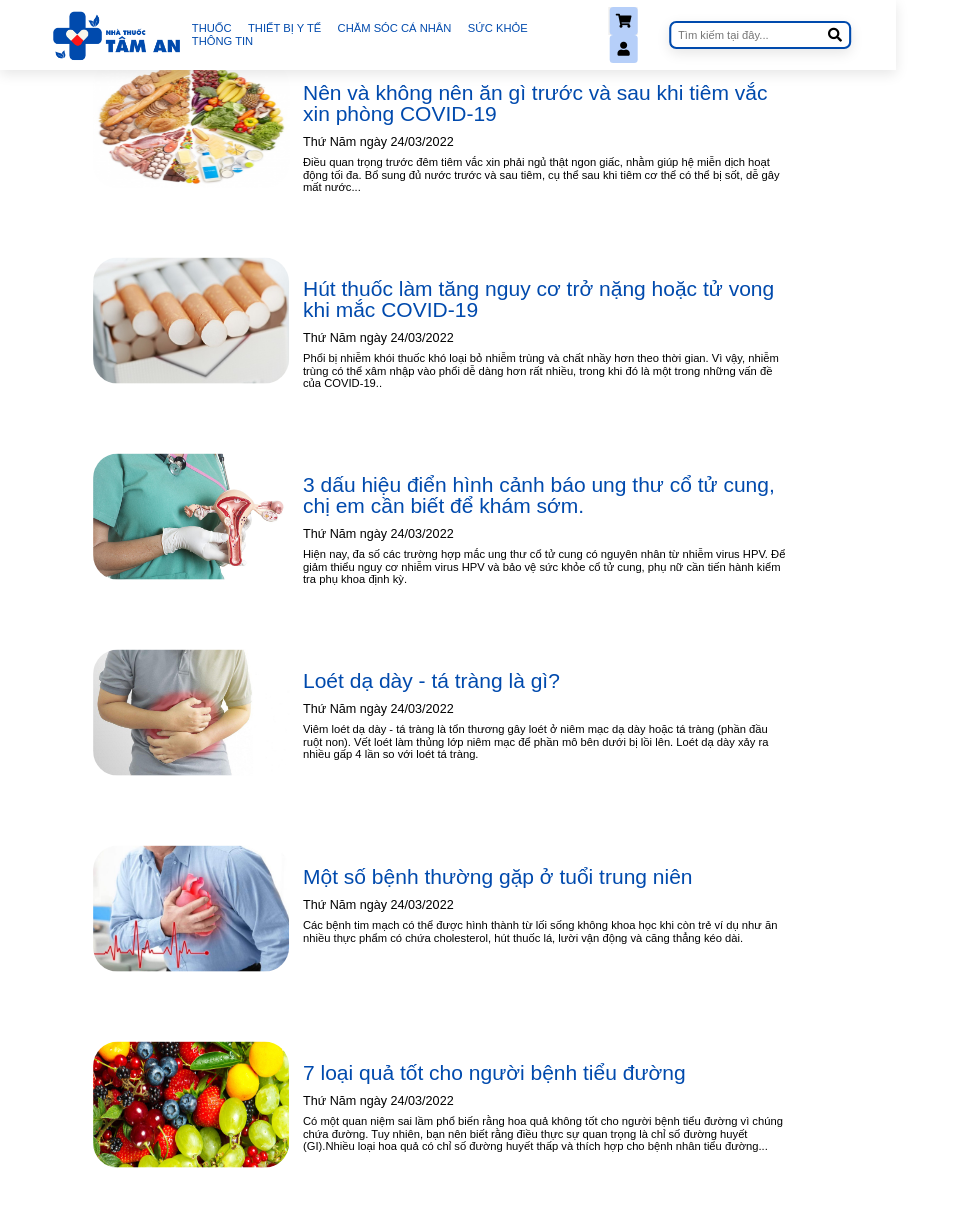
Repository: ViralAIWorks/TamAnPharmacy.github.io
Page: pages/suckhoe.html
The author's editor kept a copy of each file at every save. The page is drawn from the files as they stood at one save, then again after a run of saves.
The browser window is 1280 px wide. The page is 1370 px wide, so the pictures cover 1370 px, including what lies to the right of the window. The pictures show the part of the page from y = 0 to 1760 px (the page is 2534 px tall before and 2724 px after), at 70% of full size.
Pictures or frames that could not be fetched are drawn as grey boxes. Some web fonts or font styles are not loaded; a fallback is used.

Above is the page before, as saved 2022-03-23 18:50:56.
Console error: ReferenceError: Swiper is not defined

### pages/suckhoe.html
<!DOCTYPE html>
<html lang="en">

<head>
    <meta charset="UTF-8">
    <meta http-equiv="X-UA-Compatible" content="IE=edge">
    <meta name="viewport" content="width=device-width, initial-scale=1.0">
    <title>Sức Khỏe</title>
    <link href="images/logo/Tâm An Pharmacy.png" rel="icon" />
    <link href="../style/style_trangchu.css" rel="stylesheet" />
    <link rel="stylesheet" href="https://cdnjs.cloudflare.com/ajax/libs/font-awesome/5.15.4/css/all.min.css" />

    <link rel="stylesheet" href="./suckhoe.css">

</head>

<body>
    <header class="header">
        <a href="../index.html">
            <img src="images/logo/logo2.png" class="logo" alt="tamanlogo" />
        </a>
        <!--tao thanh navbar-->
        <nav class="navbar">
            <a href="../pages/Giohang/cart.html">THUỐC</a>
            <a href="../pages/Giohang/tbyt.html">THIẾT BỊ Y TẾ</a>
            <a href="../pages/chamsoccanhan.html">CHĂM SÓC CÁ NHÂN</a>
            <a href="../pages/suckhoe.html">SỨC KHỎE</a>
            <a href="../pages/thongtin.html">THÔNG TIN</a>
        </nav>
        <!--tao thanh tim kiem, gio hang va nutlogin-->
        <div class="icons">
            <div class="fas fa-search" id="search-btn"></div>
            <button id="cart">
                <div class="fas fa-shopping-cart" id="cart-btn" aria-hidden="true"></div>
            </button>

            <div class="fas fa-user" id="login-btn"></div>
        </div>

        <!--Tao form tim kiem-->
        <form action="" class="search-form">
            <input type="search" id="search-box" placeholder="Tìm kiếm tại đây..." />
            <label for="search-box" class="fas fa-search"></label>
        </form>

        <!--tao form login-->
        <form action="" class="login-form">
            <h3>Đăng nhập</h3>
            <input type="email" placeholder="Email" class="box">
            <br />
            <input type="password" placeholder="Password" class="box">
            <p>Quên mật khẩu? <a href="#">Click vào đây</a></p>
            <p>Chưa có tài khoản? <a href="pages/signupform.html">Đăng ký ngay</a></p>
            <input type="submit" value="Đăng Nhập" class="btn">
        </form>
    </header>
    <div class="ss-chuyende-news">
        <h2>Bài viết</h2>
        <!-- blog-1 -->
        <article class="t-news">
            <div class="blog-img">
                <div>
                    <a href="blog/blog1.HTML">
                        <img src="./blog/1.jpg" alt="Nên và không nên ăn gì trước và sau khi tiêm vắc xin phòng COVID-19" class="loaded">
                    </a>
                </div>
            </div>
            <div class="width-h3">
                <div class="blog-link">
                    <a href="blog/blog1.HTML">
                            Nên và không nên ăn gì trước và sau khi tiêm vắc xin phòng COVID-19
                        </a>
                </div>
                <br>
                <div class="blog-content">
                    <span class="date">Thứ Năm ngày 24/03/2022</span>
                </div>
                <p>Điều quan trọng trước đêm tiêm vắc xin phải ngủ thật ngon giấc, nhằm giúp hệ miễn dịch hoạt động tối đa. Bổ sung đủ nước trước và sau tiêm, cụ thể sau khi tiêm cơ thể có thể bị sốt, dễ gây mất nước... </p>
            </div>
        </article>
        <!-- blog-2 -->
        <article class="t-news">
            <div class="blog-img">
                <div>
                    <a href="blog/blog2.HTML">
                        <img src="./blog/2.jpg" alt="Hút thuốc làm tăng nguy cơ trở nặng hoặc tử vong khi mắc COVID-19" class="loaded">
                    </a>
                </div>
            </div>
            <div class="width-h3">
                <div class="blog-link">
                    <a href="blog/blog2.HTML">
                    Hút thuốc làm tăng nguy cơ trở nặng hoặc tử vong khi mắc COVID-19</a>
                </div>
                <br>
                <div class="blog-content">
                    <span class="date">Thứ Năm ngày 24/03/2022</span>
                </div>
                <p>Phổi bị nhiễm khói thuốc khó loại bỏ nhiễm trùng và chất nhầy hơn theo thời gian. Vì vậy, nhiễm trùng có thể xâm nhập vào phổi dễ dàng hơn rất nhiều, trong khi đó là một trong những vấn đề của COVID-19.. </p>
            </div>
        </article>
        <!-- blog-3 -->
        <article class="t-news">
            <div class="blog-img">
                <div>
                    <a href="blog/blog3.HTML">
                        <img src="./blog/5.jpg" alt="3 dấu hiệu điển hình cảnh báo ung thư cổ tử cung, chị em cần biết để khám sớm." class="loaded">
                    </a>
                </div>
            </div>
            <div class="width-h3">
                <div class="blog-link">
                    <a href="blog/blog3.HTML">
                        3 dấu hiệu điển hình cảnh báo ung thư cổ tử cung, chị em cần biết để khám sớm.</a>
                </div>
                <br>
                <div class="blog-content">
                    <span class="date">Thứ Năm ngày 24/03/2022</span>
                </div>
                <p>Hiện nay, đa số các trường hợp mắc ung thư cổ tử cung có nguyên nhân từ nhiễm virus HPV. Để giảm thiểu nguy cơ nhiễm virus HPV và bảo vệ sức khỏe cổ tử cung, phụ nữ cần tiến hành kiểm tra phụ khoa định kỳ. </p>
            </div>
        </article>
        <!-- blog-4 -->
        <article class="t-news">
            <div class="blog-img">
                <div>
                    <a href="blog/blog4.HTML">
                        <img src="./blog/7.jpg" alt="Loét dạ dày - tá tràng là gì?" class="loaded">
                    </a>
                </div>
            </div>
            <div class="width-h3">
                <div class="blog-link">
                    <a href="blog/blog4.HTML">
                        Loét dạ dày - tá tràng là gì?</a>
                </div>
                <br>
                <div class="blog-content">
                    <span class="date">Thứ Năm ngày 24/03/2022</span>
                </div>
                <p>Viêm loét dạ dày - tá tràng là tổn thương gây loét ở niêm mạc dạ dày hoặc tá tràng (phần đầu ruột non). Vết loét làm thủng lớp niêm mạc để phần mô bên dưới bị lồi lên. Loét dạ dày xảy ra nhiều gấp 4 lần so với loét tá tràng.</p>
            </div>
        </article>
        <!-- blog-5 -->
        <article class="t-news">
            <div class="blog-img">
                <div>
                    <a href="blog/blog5.HTML">
                        <img src="./blog/9.jpg" alt="Một số bệnh thường gặp ở tuổi trung niên" class="loaded">
                    </a>
                </div>
            </div>
            <div class="width-h3">
                <div class="blog-link">
                    <a href="blog/blog5.HTML">
                        Một số bệnh thường gặp ở tuổi trung niên</a>
                </div>
                <br>
                <div class="blog-content">
                    <span class="date">Thứ Năm ngày 24/03/2022</span>
                </div>
                <p>Các bệnh tim mạch có thể được hình thành từ lối sống không khoa học khi còn trẻ ví dụ như ăn nhiều thực phẩm có chứa cholesterol, hút thuốc lá, lười vận động và căng thẳng kéo dài.</p>
            </div>
        </article>

        <!-- blog-6 -->
        <article class="t-news">
            <div class="blog-img">
                <div>
                    <a href="blog/blog6.HTML">
                        <img src="./blog/20.jpg" alt="7 loại quả tốt cho người bệnh tiểu đường" class="loaded">
                    </a>
                </div>
            </div>
            <div class="width-h3">
                <div class="blog-link">
                    <a href="blog/blog6.HTML">
                        7 loại quả tốt cho người bệnh tiểu đường</a>
                </div>
                <br>
                <div class="blog-content">
                    <span class="date">Thứ Năm ngày 24/03/2022</span>
                </div>
                <p>Có một quan niệm sai lầm phổ biến rằng hoa quả không tốt cho người bệnh tiểu đường vì chúng chứa đường. Tuy nhiên, bạn nên biết rằng điều thực sự quan trọng là chỉ số đường huyết (GI).Nhiều loại hoa quả có chỉ số đường huyết thấp và thích
                    hợp cho bệnh nhân tiểu đường...</p>
            </div>
        </article>

        <!-- blog-7 -->
        <article class="t-news">
            <div class="blog-img">
                <div>
                    <a href="blog/blog7.HTML">
                        <img src="./blog/21.jpg" alt="Bấm huyệt chống lão hóa và cải thiện trí nhớ" class="loaded">
                    </a>
                </div>
            </div>
            <div class="width-h3">
                <div class="blog-link">
                    <a href="blog/blog7.HTML">
                        Bấm huyệt chống lão hóa và cải thiện trí nhớ</a>
                </div>
                <br>
                <div class="blog-content">
                    <span class="date">Thứ Năm ngày 24/03/2022</span>
                </div>
                <p>Bấm huyệt là phương pháp trị liệu bằng tay. Người bấm huyệt dùng tay tác động lên các huyệt, da thịt và gân khớp của người bệnh. Các tác động vật lý này sẽ kích thích vào hệ thần kinh...</p>
            </div>
        </article>

    </div>
    <script src="../json/homepage.js"></script>

</body>
<footer>
    <div class="ft-bar">
        <div class="ft-display_img">
            <img src="../pages/images/Footer-ThongTin/thuoc.png" alt="">
            <img src="../pages/images/Footer-ThongTin/camket.png" alt=" ">
            <img src="../pages/images/Footer-ThongTin/doitra.png " alt="">
            <img src="../pages/images/Footer-ThongTin/free.png" alt="">
        </div>
    </div>
    <div class="list">
        <div class="footer-menu">
            <h2>VỀ CHÚNG TÔI</h2>
            <div class="ft-list">
                <a href=""> Giới thiệu </a>
                <a href=""> Hệ thống cửa hàng </a>
                <a href=""> Giấy phép kinh doanh </a>
                <a href=""> Quy chế hoạt động </a>
                <a href=""> Chính sách đặt cọc </a>
                <a href=""> Chính sách đổi trả thuốc </a>
                <a href=""> Chính sách giao hàng </a>
                <a href=""> Chính sách bảo mật </a>
                <a href=""> Chính sách thanh toán </a>
                <a href=""> Kiểm tra hóa đơn điện tử </a>
                <a href=""> Tra cứu đơn hàng </a>
            </div>
        </div>
        <div class="footer-menu">
            <h2>DANH MỤC</h2>
            <div class="ft-list">
                <a href=""> Thực phẩm chức năng </a>
                <a href=""> Dược mỹ phẩm </a>
                <a href=""> Chăm sóc cá nhân </a>
                <a href=""> Thuốc </a>
                <a href=""> Trang thiết bị y tế </a>
                <a href=""> Bệnh </a>
            </div>
        </div>
        <div class="footer-menu">
            <h2>THỰC PHẨM CHỨC NĂNG</h2>
            <div class="ft-list">
                <a href="">Cải thiện tăng cường chức năng</a>
                <a href=""> Thảo dược-Thực phẩm tư nhân </a>
                <a href=""> Vitamin </a>
                <a href=""> Hỗ trợ điều trị </a>
                <a href=""> Canxi </a>
            </div>
        </div>
        <div class="footer-contact_width ft-qr">
            <div class="ft-contact">
                <div>
                    <p class="ft-service">Tư vấn mua hàng (miễn phí)</p>
                    <a href="" class="phone" width="143px" height="25px">0696 9696 - Hotline</a>
                </div>
                <div>
                    <p class="ft-service">Góp ý, khiếu nại</p>
                    <a href="" class="phone" width="143px" height="25px">0123 4567 - Hotline</a>
                </div>
            </div>
            <div>
                <img src="../images/qrcode.jpg" width="80%" class="qr-border" alt="">
            </div>
        </div>
    </div>
    </div>
</footer>

</html>

### pages/suckhoe.css
    @import url("https://fonts.googleapis.com/css2?family=Source+Sans+3:ital,wght@0,200;0,300;0,400;0,500;0,600;0,700;0,800;0,900;1,200;1,300;1,400;1,500;1,600;1,700;1,800;1,900&display=swap");
     :root {
        --box-shadow: 0 0.5rem 1.5rem rgba(0, 0, 0, 0.1);
        --border: 0.2rem solid rgba(0, 0, 0, 0.1);
        --outline: 0.1rem solid rgba(0, 0, 0, 0.1);
        --outline-hover: 0.2rem solid var(--black);
    }
    /*css cho nen trang web*/

    * {
        font-family: "Source Sans 3", sans-serif;
        padding: 0px;
        margin: 0px;
        box-sizing: border-box;
        outline: none;
        border: none;
        text-decoration: none;
        text-transform: None;
        transition: all 0.2s linear;
    }

    body {
        margin: 0 auto;
        width: auto;
    }
    /*html*/

    html {
        font-size: 75%;
    }
    /*css cho header*/

    .header {
        display: flex;
        justify-content: space-between;
        align-items: center;
        padding: 0px 5%;
        position: fixed;
        top: 0;
        left: 0;
        right: 0;
        background: white;
        z-index: 1000;
        box-shadow: var(--box-shadow);
        max-height: 100px;
    }

    .header .logo {
        cursor: pointer;
    }

    .header .navbar a {
        font-size: 16px;
        font-family: "Source Sans 3", sans-serif;
        color: #004aad;
        font-weight: 500;
        text-decoration: none;
        transition: all 0.3s ease 0s;
        display: inline-block;
        padding: 0px 10px;
    }
    /*hover: hieu ung khi di chuot toi vi tri*/

    .header .navbar a:hover {
        color: aqua;
    }

    .header .icons div:hover {
        color: white;
    }

    .header .search-form label:hover {
        color: Highlight;
    }

    .header .icons div {
        height: 40px;
        width: 40px;
        line-height: 40px;
        border-radius: 5px;
        background: #b6cff9;
        color: var(--black);
        font-size: 20px;
        margin-left: 2px;
        cursor: pointer;
        text-align: center;
    }
    /*an icon tim kiem lon*/

    #search-btn {
        display: none;
    }

    .header .search-form {
        position: sticky;
        overflow: hidden;
        border-radius: 10px;
        display: flex;
        box-shadow: var(--box-shadow);
        align-items: center;
        width: auto;
        height: 40px;
        border-style: solid;
        border-color: #004aad;
    }

    .header .search-form.active {
        right: 2rem;
        transition: 0.4s linear;
    }

    .header .search-form input {
        height: 100%;
        width: 100%;
        background: none;
        text-transform: none;
        font-size: 16px;
        color: var(--black);
        padding: 0px 10px;
    }
    /* icon kính lúp*/

    .header .search-form label {
        font-size: 20px;
        padding-right: 10px;
        color: var(--black);
        cursor: pointer;
    }
    /*form dang nhap*/

    .header .login-form {
        position: absolute;
        top: 110%;
        right: -110%;
        width: 25%;
        box-shadow: var(--box-shadow);
        padding: 20px;
        border-radius: 7px;
        background: #fff;
        text-align: left;
        font-family: 'Source Sans 3';
        border-style: solid;
        border-width: 2px;
        border-color: #004aad;
    }

    .header .login-form h3 {
        font-size: 22px;
        text-transform: uppercase;
        color: #004aad;
        font-family: 'Source Sans 3';
        text-align: center;
    }

    .header .login-form .box {
        margin: 5px;
        border-radius: 7px;
        width: 100%;
        padding: 8px;
        font-size: 16px;
        color: black;
        background: #eee;
        text-transform: none;
    }

    .header .login-form p {
        font-size: 14px;
        padding: 5px;
    }

    .header .login-form.active {
        right: 32px;
        transition: 0.5s linear;
    }

    .ss-chuyende-news {
        margin: 10px 10%;
    }

    img {
        width: 280px;
        height: 180px;
        border-radius: 35px;
    }

    .ss-chuyende-news h2 {
        margin-top: auto;
        margin-bottom: auto;
        color: #004aad;
        font-size: 50px;
        text-align: center;
        background-image: url(https://images.unsplash.com/photo-1517770413964-df8ca61194a6?ixlib=rb-1.2.1&ixid=MnwxMjA3fDB8MHxwaG90by1wYWdlfHx8fGVufDB8fHx8&auto=format&fit=crop&w=2070&q=80);
    }

    .logo {
        width: 200px;
        height: 200px;
    }

    .blog-link a {
        color: #004aad;
        font-size: 30px;
        line-height: 30px;
    }

    .phone {
        font-size: 18px;
    }

    .date {
        font-size: 18px;
    }

    p {
        font-size: 16px;
    }

    .width-h3 {
        font-family: 36px;
        margin-left: 2%;
        margin-bottom: 10%;
    }

    article {
        display: flex;
        margin-bottom: 30px;
        padding: 20px 25px 20px 5px;
    }

    .blog-link {
        margin-top: 30px;
    }

    .blog-content {
        margin-bottom: 10px;
    }

    .t-news {
        height: 250px;
        border-radius: 25px;
    }

    .t-news:hover {
        border: 0.5px solid;
        border-radius: 35px;
    }

Loaded but not shown: json/homepage.js (29 lines, source omitted); style/style_trangchu.css (389 lines, source omitted)

After the next 2 saves:
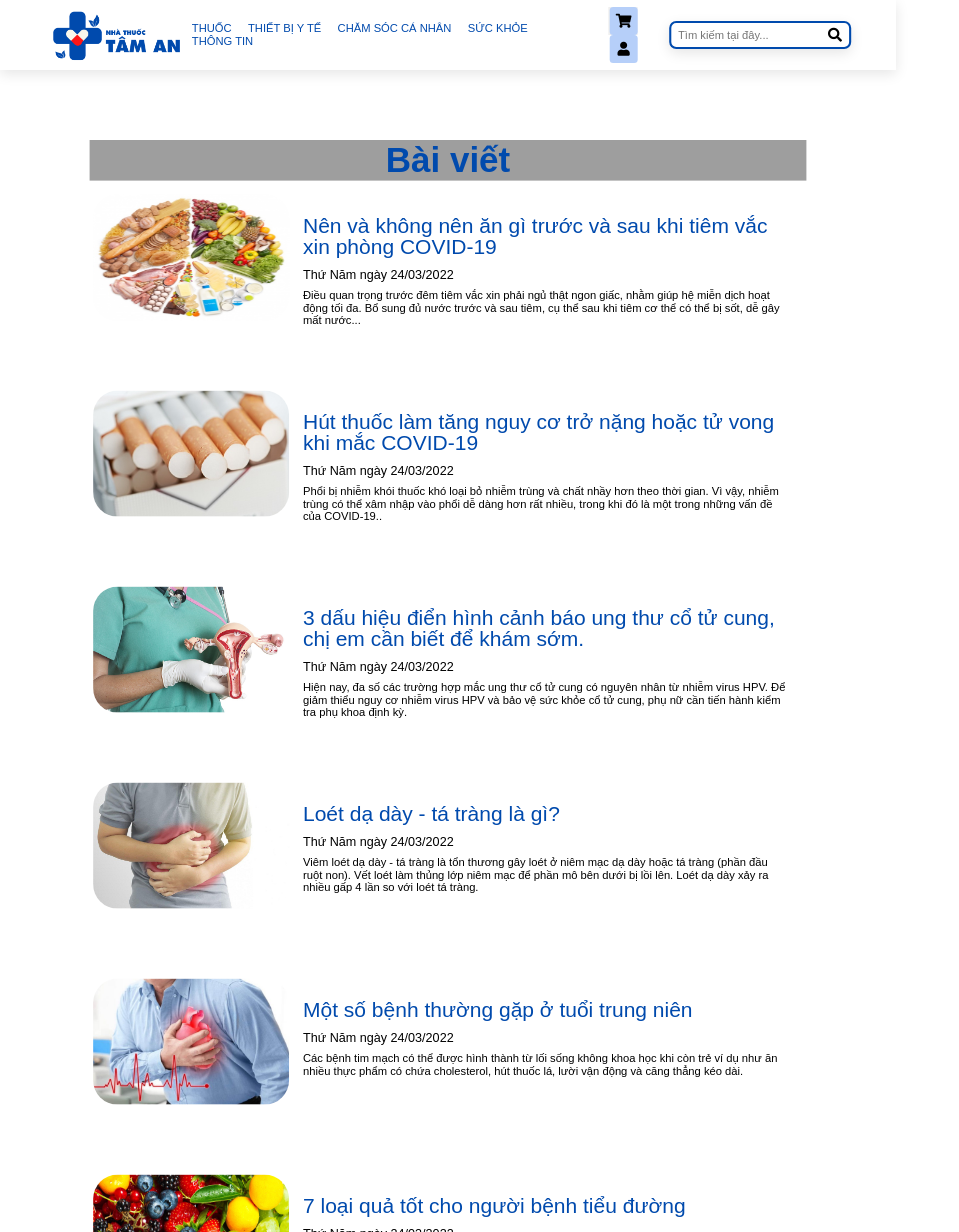
The 2 saves are shown as one change because they came seconds apart.
The last was saved 7 s later.
--- a/pages/suckhoe.css
+++ b/pages/suckhoe.css
@@ -184,8 +184,7 @@
     }
 
     .ss-chuyende-news h2 {
-        margin-top: auto;
-        margin-bottom: auto;
+        margin-top: 200px;
         color: #004aad;
         font-size: 50px;
         text-align: center;
